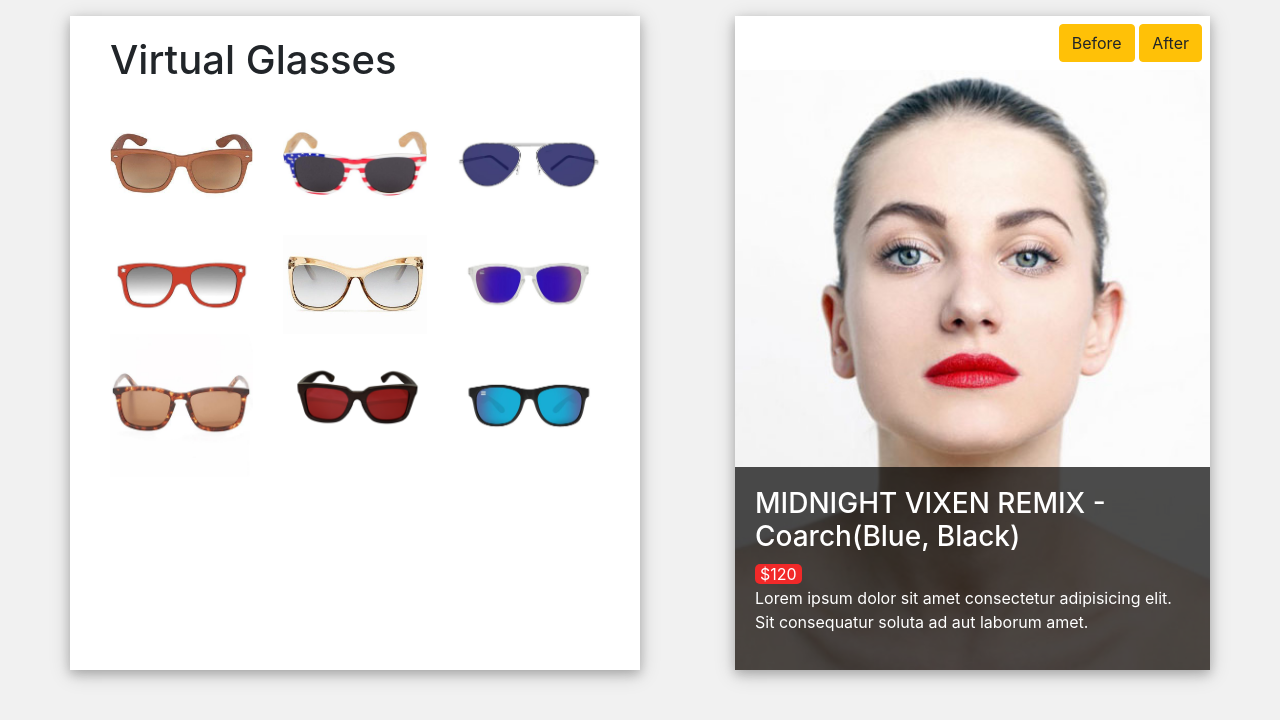
Repository: Khoi300399/BC35E_ES6_B2_MaThanhKhoi
Page: index.html
An editor plug-in stored every save of this project. The page is shown before and after the next save, followed by the edit.
The browser window is 1280 px wide. The pictures show the whole page.

Above is the page before, as saved 2022-10-21 23:45:09.

### index.html
<!DOCTYPE html>
<html lang="en">
  <head>
    <title>Virtual Glasses</title>
    <!-- Required meta tags -->
    <meta charset="utf-8" />
    <meta
      name="viewport"
      content="width=device-width, initial-scale=1, shrink-to-fit=no"
    />

    <!-- Bootstrap CSS -->
    <link
      rel="stylesheet"
      href="https://stackpath.bootstrapcdn.com/bootstrap/4.3.1/css/bootstrap.min.css"
      integrity="sha384-ggOyR0iXCbMQv3Xipma34MD+dH/1fQ784/j6cY/iJTQUOhcWr7x9JvoRxT2MZw1T"
      crossorigin="anonymous"
    />

    <!-- Main CSS -->
    <link rel="stylesheet" href="./css/index.css" />
  </head>

  <body>
    <div class="container vglasses py-3">
      <div class="row justify-content-between">
        <div class="col-6 vglasses__left">
          <div class="row">
            <div class="col-12">
              <h1 class="mb-2">Virtual Glasses</h1>
            </div>
          </div>
          <div class="row" id="vglassesList"></div>
        </div>
        <div class="col-5 vglasses__right p-0">
          <div class="vglasses__card">
            <div class="mb-2 text-right mt-2 mr-2">
              <button
                id="btn1"
                class="btn btn-warning"
                onclick="removeGlasses()"
              >
                Before
              </button>
              <button id="btn2" class="btn btn-warning" onclick="addGlasses()">
                After
              </button>
            </div>
            <div class="vglasses__model" id="avatar"></div>
            <div id="glassesInfo" class="vglasses__info">
              <h3>MIDNIGHT VIXEN REMIX - Coarch(Blue, Black)</h3>
              <span>$120</span>
              <p>
                Lorem ipsum dolor sit amet consectetur adipisicing elit. Sit
                consequatur soluta ad aut laborum amet.
              </p>
            </div>
          </div>
        </div>
      </div>
    </div>

    <!-- Optional JavaScript -->
    <!-- jQuery first, then Popper.js, then Bootstrap JS -->
    <script
      src="https://code.jquery.com/jquery-3.4.1.js"
      integrity="sha256-WpOohJOqMqqyKL9FccASB9O0KwACQJpFTUBLTYOVvVU="
      crossorigin="anonymous"
    ></script>
    <!-- <script src="https://code.jquery.com/jquery-3.3.1.slim.min.js" integrity="sha384-q8i/X+965DzO0rT7abK41JStQIAqVgRVzpbzo5smXKp4YfRvH+8abtTE1Pi6jizo" crossorigin="anonymous"></script> -->
    <script
      src="https://cdnjs.cloudflare.com/ajax/libs/popper.js/1.14.7/umd/popper.min.js"
      integrity="sha384-UO2eT0CpHqdSJQ6hJty5KVphtPhzWj9WO1clHTMGa3JDZwrnQq4sF86dIHNDz0W1"
      crossorigin="anonymous"
    ></script>
    <script
      src="https://stackpath.bootstrapcdn.com/bootstrap/4.3.1/js/bootstrap.min.js"
      integrity="sha384-JjSmVgyd0p3pXB1rRibZUAYoIIy6OrQ6VrjIEaFf/nJGzIxFDsf4x0xIM+B07jRM"
      crossorigin="anonymous"
    ></script>

    <!-- MAIN JS -->
    <script type="" src="./js/main.js"></script>
  </body>
</html>

### css/index.css
/* GLOBAL */
* {
  box-sizing: border-box;
}
body {
  background: #f1f1f1;
}

/* MAIN CSS */
.vglasses__left {
  background-color: white;
  padding: 20px 40px;
  box-shadow: 0 4px 10px 0 rgba(0, 0, 0, 0.2), 0 4px 20px 0 rgba(0, 0, 0, 0.19);
}
.vglasses__left .col-4 {
  align-self: center;
}
.vglasses__items {
  width: 50px;
  height: 50px;
}

.vglasses__left img {
  cursor: pointer;
  width: 100%;
  height: 100%;
}

.vglasses__right {
  box-shadow: 0 4px 10px 0 rgba(0, 0, 0, 0.2), 0 4px 20px 0 rgba(0, 0, 0, 0.19);
}

.vglasses__model {
  background-image: url("../img/model.jpg");
  background-position: center top;
  background-size: cover;
  height: 600px;
}

.vglasses__model img {
  position: absolute;
  top: 32%;
  left: 25%;
  width: 238px;
  height: 85px;
  opacity: 0.9;
}

.vglasses__card {
  position: relative;
  overflow: hidden;
  background-color: white;
}

.vglasses__info {
  position: absolute;
  bottom: 0;
  left: 0;
  background-color: rgba(0, 0, 0, 0.7);
  width: 100%;
  color: white;
  padding: 20px;
}

.vglasses__info h3 {
}

.vglasses__info span {
  border-radius: 5px;
  padding: 0 5px;
  background-color: rgb(241, 41, 41);
}

#glasses {
  transition: all 0.5s;
}

### js/main.js
let dataGlasses = [
  {
    id: "G1",
    src: "./img/g1.jpg",
    virtualImg: "./img/v1.png",
    brand: "Armani Exchange",
    name: "Bamboo wood",
    color: "Brown",
    price: 150,
    description:
      "Lorem ipsum dolor sit amet consectetur adipisicing elit. Nobis ea voluptates officiis? ",
  },
  {
    id: "G2",
    src: "./img/g2.jpg",
    virtualImg: "./img/v2.png",
    brand: "Arnette",
    name: "American flag",
    color: "American flag",
    price: 150,
    description:
      "Lorem ipsum dolor, sit amet consectetur adipisicing elit. In assumenda earum eaque doloremque, tempore distinctio.",
  },
  {
    id: "G3",
    src: "./img/g3.jpg",
    virtualImg: "./img/v3.png",
    brand: "Burberry",
    name: "Belt of Hippolyte",
    color: "Blue",
    price: 100,
    description: "Lorem ipsum dolor, sit amet consectetur adipisicing elit.",
  },
  {
    id: "G4",
    src: "./img/g4.jpg",
    virtualImg: "./img/v4.png",
    brand: "Coarch",
    name: "Cretan Bull",
    color: "Red",
    price: 100,
    description: "In assumenda earum eaque doloremque, tempore distinctio.",
  },
  {
    id: "G5",
    src: "./img/g5.jpg",
    virtualImg: "./img/v5.png",
    brand: "D&G",
    name: "JOYRIDE",
    color: "Gold",
    price: 180,
    description:
      "Lorem ipsum dolor, sit amet consectetur adipisicing elit. Error odio minima sit labore optio officia?",
  },
  {
    id: "G6",
    src: "./img/g6.jpg",
    virtualImg: "./img/v6.png",
    brand: "Polo",
    name: "NATTY ICE",
    color: "Blue, White",
    price: 120,
    description: "Lorem ipsum dolor, sit amet consectetur adipisicing elit.",
  },
  {
    id: "G7",
    src: "./img/g7.jpg",
    virtualImg: "./img/v7.png",
    brand: "Ralph",
    name: "TORTOISE",
    color: "Black, Yellow",
    price: 120,
    description:
      "Lorem ipsum dolor sit amet consectetur adipisicing elit. Enim sint nobis incidunt non voluptate quibusdam.",
  },
  {
    id: "G8",
    src: "./img/g8.jpg",
    virtualImg: "./img/v8.png",
    brand: "Polo",
    name: "NATTY ICE",
    color: "Red, Black",
    price: 120,
    description:
      "Lorem ipsum dolor sit amet consectetur adipisicing elit. Reprehenderit, unde enim.",
  },
  {
    id: "G9",
    src: "./img/g9.jpg",
    virtualImg: "./img/v9.png",
    brand: "Coarch",
    name: "MIDNIGHT VIXEN REMIX",
    color: "Blue, Black",
    price: 120,
    description:
      "Lorem ipsum dolor sit amet consectetur adipisicing elit. Sit consequatur soluta ad aut laborum amet.",
  },
];

let renderGlassesUI = () => {
  let contentHTMl = ``;
  for (let value of dataGlasses) {
    contentHTMl += `
    <div class="col-4 .vglasses__items">
        <img src="${value.src}" onclick="btnShowGlasses('${value.virtualImg}')"  alt="" />
    </div>
    `;
  }
  document.querySelector("#vglassesList").innerHTML = contentHTMl;
};

let btnShowGlasses = (value) => {
  let contentHTML = `
    <img src="${value}" alt="" />
    `;
  document.querySelector("#avatar").innerHTML = contentHTML;
  document.querySelector("#avatar img").style.opacity = 0.8;
};

let removeGlasses = () => {
  document.querySelector("#avatar img").style.opacity = 0;
};

let addGlasses = () => {
  document.querySelector("#avatar img").style.opacity = 0.8;
};

window.onload = () => {
  renderGlassesUI();
};

After the next save:
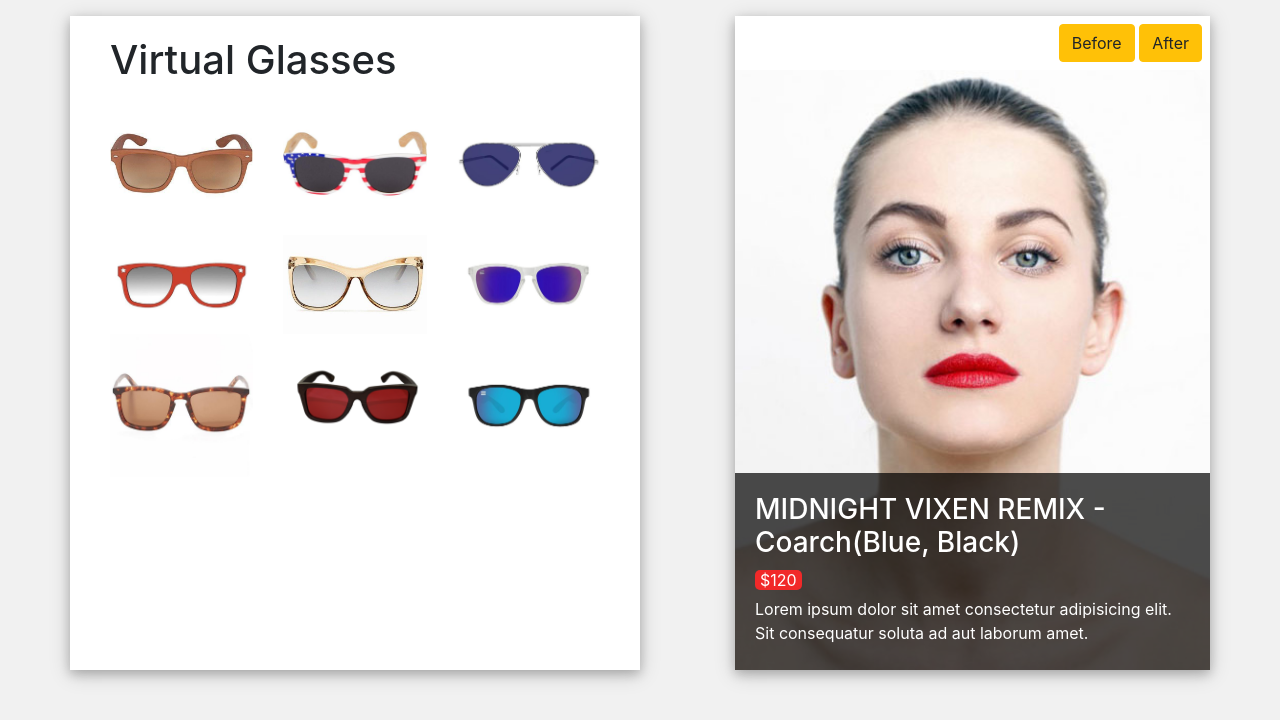
Saved 30 s later.
--- a/css/index.css
+++ b/css/index.css
@@ -71,6 +71,10 @@ body {
   background-color: rgb(241, 41, 41);
 }
 
+.vglasses__info p {
+  margin: 5px 0;
+}
+
 #glasses {
   transition: all 0.5s;
 }
